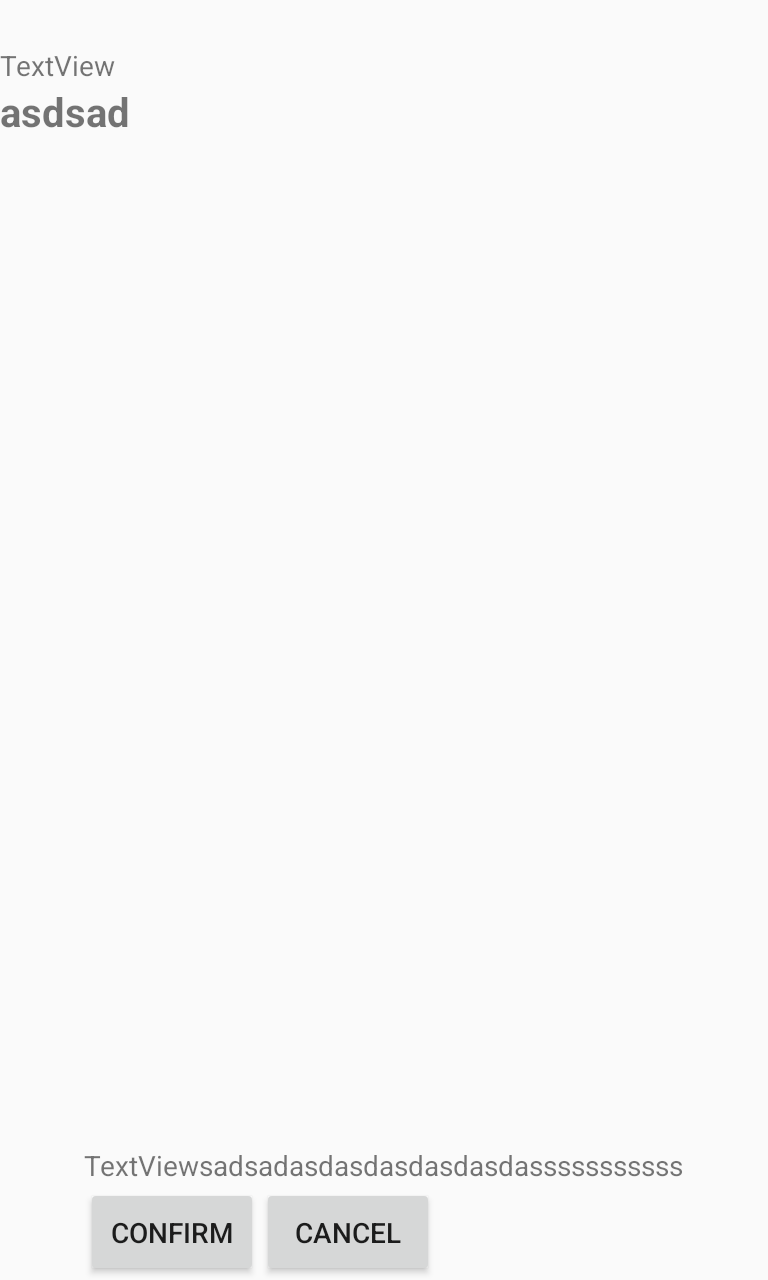
Repository: TeamZhao/Assignment-Tracker
Layout: AssignmentTracker/res/layout/activity_delete_semester_confirmation.xml
An editor plug-in stored every save of this project. The layout is shown before and after the next save, followed by the edit.
It is drawn on a 768 x 1280 px phone screen (xhdpi) without system bars, with theme AppTheme; the app's code is not run.

Above is the layout before, as saved 2014-11-15 06:27:17.

### AssignmentTracker/res/layout/activity_delete_semester_confirmation.xml
<TableLayout xmlns:android="http://schemas.android.com/apk/res/android"
    xmlns:tools="http://schemas.android.com/tools"
    android:layout_width="match_parent"
    android:layout_height="match_parent"
    android:layout_alignLeft="@+id/textView_DisplaySemContents"
    android:layout_below="@+id/textView_DisplaySemContents"
    tools:context="com.example.assignmenttracker.DeleteSemesterConfirmationActivity" >

    <TableRow
        android:id="@+id/tableRow1"
        android:layout_width="wrap_content"
        android:layout_height="wrap_content"
        android:layout_weight="1"
        android:gravity="bottom"
        android:orientation="horizontal" >

        <LinearLayout
            android:layout_width="wrap_content"
            android:layout_height="wrap_content"
            android:orientation="vertical" >

            <TextView
                android:id="@+id/textView_SemInfoNotice"
                android:layout_width="wrap_content"
                android:layout_height="wrap_content"
                android:text="TextView" />

            <TextView
                android:id="@+id/textView_DisplaySemTitle"
                android:layout_width="wrap_content"
                android:layout_height="wrap_content"
                android:layout_alignParentLeft="true"
                android:layout_alignParentTop="true"
                android:scrollbarAlwaysDrawVerticalTrack="true"
                android:scrollbarStyle="insideOverlay"
                android:scrollbars="vertical"
                android:text="asdsad"
                android:textSize="20sp"
                android:textStyle="bold" />
        </LinearLayout>
    </TableRow>

    <TableRow
        android:id="@+id/tableRow2"
        android:layout_width="wrap_content"
        android:layout_height="wrap_content"
        android:layout_weight="20" >

        <TextView
            android:id="@+id/textView_DisplaySemContents"
            android:layout_width="wrap_content"
            android:layout_height="wrap_content"
            android:layout_alignParentLeft="true"
            android:layout_alignParentTop="true"
            android:scrollbarAlwaysDrawVerticalTrack="true"
            android:scrollbarStyle="insideOverlay"
            android:scrollbars="vertical"
            android:text="" />
    </TableRow>

    <TableRow
        android:id="@+id/tableRow3"
        android:layout_width="wrap_content"
        android:layout_height="wrap_content"
        android:layout_weight="1"
        android:gravity="bottom|center|" >

        <LinearLayout
            android:layout_width="wrap_content"
            android:layout_height="wrap_content"
            android:orientation="vertical" >

            <TextView
                android:id="@+id/textView_ContinueNotice"
                android:layout_width="wrap_content"
                android:layout_height="wrap_content"
                android:text="TextViewsadsadasdasdasdasdasdasssssssssss" />

            <LinearLayout
                android:layout_width="wrap_content"
                android:layout_height="wrap_content"
                android:layout_weight="1"
                android:gravity="center" >

                <Button
                    android:id="@+id/btn_deleteSem"
                    android:layout_width="wrap_content"
                    android:layout_height="wrap_content"
                    android:text="@string/confirm" />

                <Button
                    android:id="@+id/btn_cancelDeleteSem"
                    android:layout_width="wrap_content"
                    android:layout_height="wrap_content"
                    android:text="@string/cancel" />
            </LinearLayout>
        </LinearLayout>
    </TableRow>

</TableLayout>

### AssignmentTracker/res/values/strings.xml
<?xml version="1.0" encoding="utf-8"?>
<resources>

    <string name="app_name">Assignment Tracker</string>
    <string name="hello_world">Hello world!</string>
    <string name="action_settings">Settings</string>
    <string name="title_activity_add_semester">Add New Semester</string>
    <string name="semesterDetails">Add semester</string>
    <string name="semesterNo">Enter your semester number</string>
    <string name="semesterName">Enter the semester name and other info</string>
    <string name="addSemester">Add</string>
    <string name="cancelSemester">Cancel</string>
    <string name="nameOfSemester">Name</string>
    <string name="semester">Semester</string>
    <string name="title_activity_main">Assignment Tracker</string>
    <string name="instsuction_add">Please press menu button on the upper right corner to add new record.</string>
    <string name="add_semester">Add Semester</string>
    <string name="add_course">Add Course/Project</string>
    <string name="add_assignment">Add Assignment</string>
    <string name="title_activity_add_assignment">Add New Assignment</string>
    <string name="title">Title</string>
    <string name="course">Course</string>
    <string name="due_date">Due Date</string>
    <string name="progress">Progress</string>
    <string name="add">Add</string>
    <string name="cancel">Cancel</string>
    <string name="delete">Delete</string>
    <string name="update">Update</string>
    <string name="confirm">Confirm</string>
    <string name="title_activity_update_assignment">Update Assignment</string>
    <string name="title_activity_add_course">Add New Course</string>
    <string name="course_code">Course Code</string>
    <string name="professor">Professor</string>
    <string name="course_name">Course Name</string>
    <string name="course_description">Course Description</string>
    <string name="title_activity_show_semesters">Semesters</string>
    <string name="show_semesters">Show All Semesters</string>
    <string name="title_activity_show_courses">Courses</string>
    <string name="show_courses">Show All Courses</string>
    <string name="title_activity_update_course">Update Course</string>
    <string name="title_activity_update_semester">Update Semester</string>
    <string name="Update">Update</string>
    <string name="updateSemester">Update Semester</string>
    <string name="title_activity_splash_screen">Assignment Tracker</string>
    <string name="companyLogo">Company Logo</string>
    <string name="ImA">I am a..</string>
    <string name="teacher">Teacher</string>
    <string name="student">Student</string>
    <string name="title_activity_delete_semester_confirmation">Delete Semester Confirmation</string>

</resources>

Loaded but not shown: AssignmentTracker/res/values/styles.xml (common file); AssignmentTracker/res/values-v11/styles.xml (common file); AssignmentTracker/res/values-v14/styles.xml (common file)

After the next save:
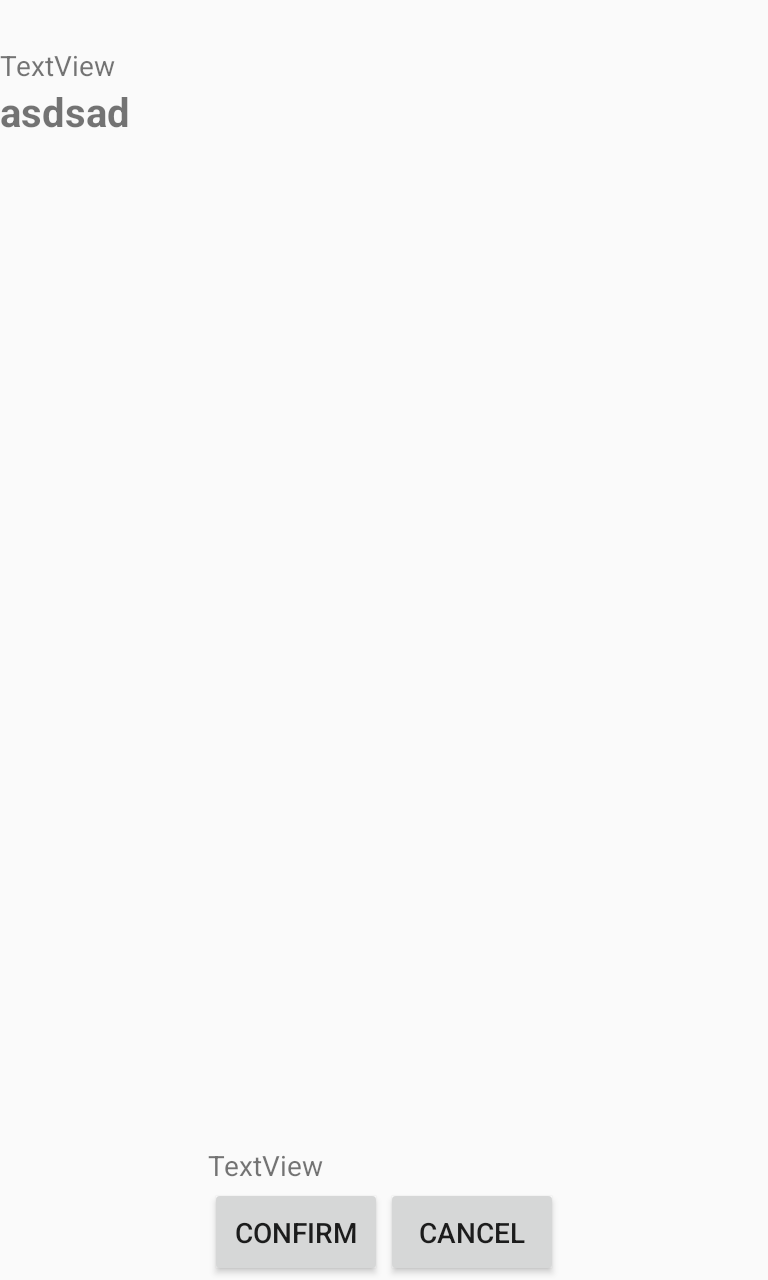
Saved 5 s later.
--- a/AssignmentTracker/res/layout/activity_delete_semester_confirmation.xml
+++ b/AssignmentTracker/res/layout/activity_delete_semester_confirmation.xml
@@ -74,7 +74,7 @@
                 android:id="@+id/textView_ContinueNotice"
                 android:layout_width="wrap_content"
                 android:layout_height="wrap_content"
-                android:text="TextViewsadsadasdasdasdasdasdasssssssssss" />
+                android:text="TextView" />
 
             <LinearLayout
                 android:layout_width="wrap_content"
